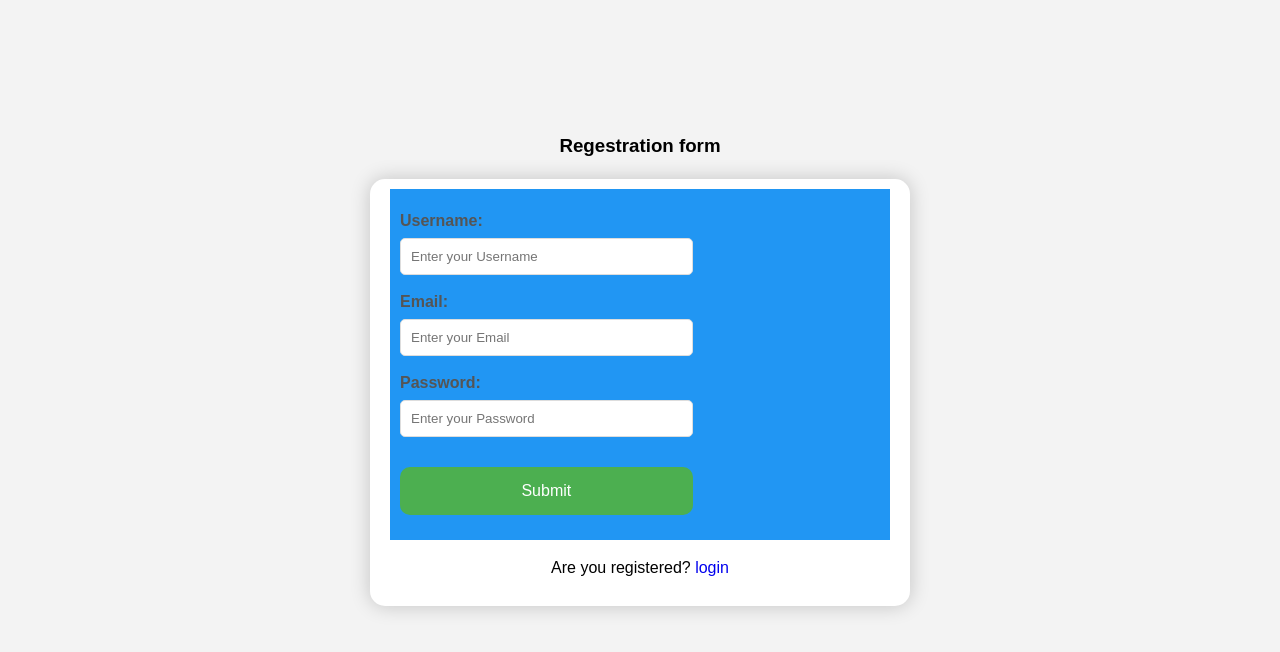
Repository: alizey12/Regestratin-Form-js
Page: regester.html
The author's editor kept a copy of each file at every save. The page is drawn from the files as they stood at one save, then again after the next save.
The browser window is 1280 px wide. The pictures show the whole page.

Above is the page before, as saved 2024-11-29 13:40:39.

### regester.html
<!DOCTYPE html>
<html lang="en">
<head>
    <meta charset="UTF-8">
    <meta name="viewport" content="width=device-width, initial-scale=1.0">
    <link rel="stylesheet" href="signin.css">
    <title>Regestration form</title>
</head>
<body>
<h3>Regestration form</h3>


    <div class="main">

    <div class="grid-container">
        <form action="">
            <label for="first">
                Username:
            </label>
            <input type="text" id="first" name="first"
                placeholder="Enter your Username" required>

                <label for="first">
                    Email:
                </label>
                <input type="email" id="first" name="email"
                    placeholder="Enter your Email" required>

            <label for="password">
                Password:
            </label>
            <input type="password" id="password" name="password"
                placeholder="Enter your Password" required>

            <div class="wrap">
                <button type="submit">
                    Submit
                </button>
            </div>
        </form>
    </div>


        <p>Are you registered?
            <a href="signin.html" style="text-decoration: none;">
               login
            </a>
        </p>
    </div>


</body>
</html>

### signin.css
/*style.css*/
body {
    display: flex;
    align-items: center;
    justify-content: center;
    font-family: sans-serif;
    line-height: 1.5;
    min-height: 100vh;
    background: #f3f3f3;
    flex-direction: column;
    margin: 0;
}

.main {
    background-color: #fff;
    border-radius: 15px;
    box-shadow: 0 0 20px rgba(0, 0, 0, 0.2);
    padding: 10px 20px;
    transition: transform 0.2s;
    width: 500px;
    text-align: center;
}

h1 {
    color: #4CAF50;
}

label {
    display: block;
    width: 100%;
    margin-top: 10px;
    margin-bottom: 5px;
    text-align: left;
    color: #555;
    font-weight: bold;
}

input {
    display: block;
    width: 100%;
    margin-bottom: 15px;
    padding: 10px;
    box-sizing: border-box;
    border: 1px solid #ddd;
    border-radius: 5px;
}

button {
    padding: 15px;
    border-radius: 10px;
    margin-top: 15px;
    margin-bottom: 15px;
    border: none;
    color: white;
    cursor: pointer;
    background-color: #4CAF50;
    width: 100%;
    font-size: 16px;
}

.wrap {
    display: flex;
    justify-content: center;
    align-items: center;
}

.grid-container{
    display: grid;
    grid-template-columns: auto auto auto;
    background-color: #2196F3;
    padding: 10px;
}

After the next save:
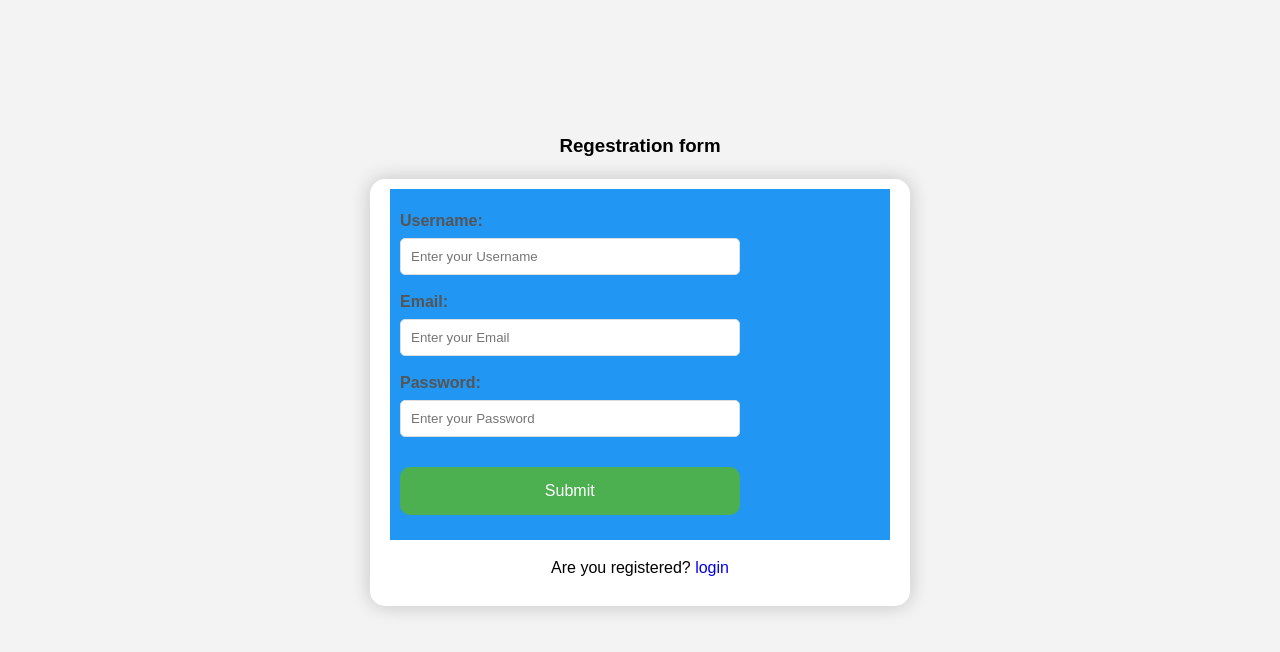
Saved 4 s later.
--- a/signin.css
+++ b/signin.css
@@ -66,7 +66,7 @@ button {
 
 .grid-container{
     display: grid;
-    grid-template-columns: auto auto auto;
+    grid-template-columns: auto auto;
     background-color: #2196F3;
     padding: 10px;
 }
